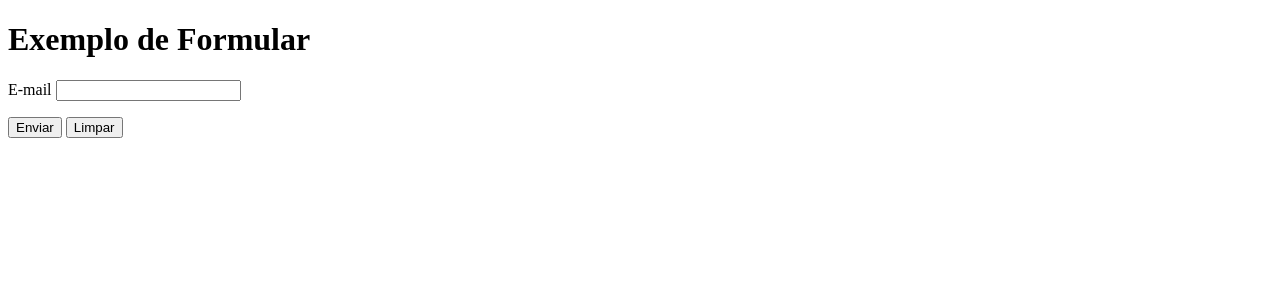
Repository: DorivalJunior14/exercicios
Page: ex025.html/form004.html
An editor plug-in stored every save of this project. The page is shown before and after the next save, followed by the edit.
The browser window is 1280 px wide. The pictures show the whole page.

Above is the page before, as saved 2022-07-20 17:52:52.

### ex025.html/form004.html
<!DOCTYPE html>
<html lang="pt-br">
<head>
    <meta charset="UTF-8">
    <meta name="viewport" content="width=device-width, initial-scale=1.0">
    <title>Formulario</title>
    <!--vídeo da aula https://www.youtube.com/watch?v=SRMEHklQC4M&list=PLHz_AreHm4dkcVCk2Bn_fdVQ81Fkrh6WT&index=24&ab_channel=CursoemV%C3%ADdeo-->
</head>
<body>
    <h1>Exemplo de Formular</h1>
    <form action="cadastro.php" method="get" autocomplete="on">
        <p>
            <label for="iemail">E-mail</label>
            <input type="email" name="email" id="iemail" autocomplete="email"required>
        </p>
        <p>
            <label for="itel"></label>
        </p>
            <p>
                <input type="submit" value="Enviar">
                <input type="reset" value="Limpar">
            </p>
        </form>
</body>
</html>

After the next save:
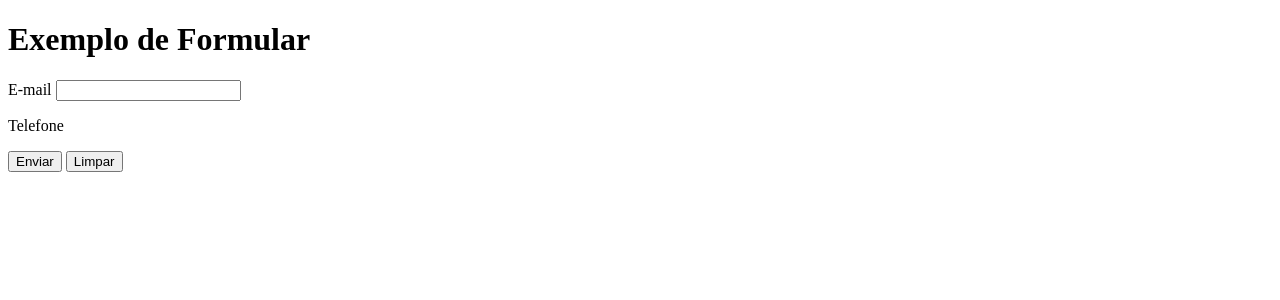
Saved 12 s later.
--- a/ex025.html/form004.html
+++ b/ex025.html/form004.html
@@ -14,7 +14,7 @@
             <input type="email" name="email" id="iemail" autocomplete="email"required>
         </p>
         <p>
-            <label for="itel"></label>
+            <label for="itel">Telefone</label>
         </p>
             <p>
                 <input type="submit" value="Enviar">
